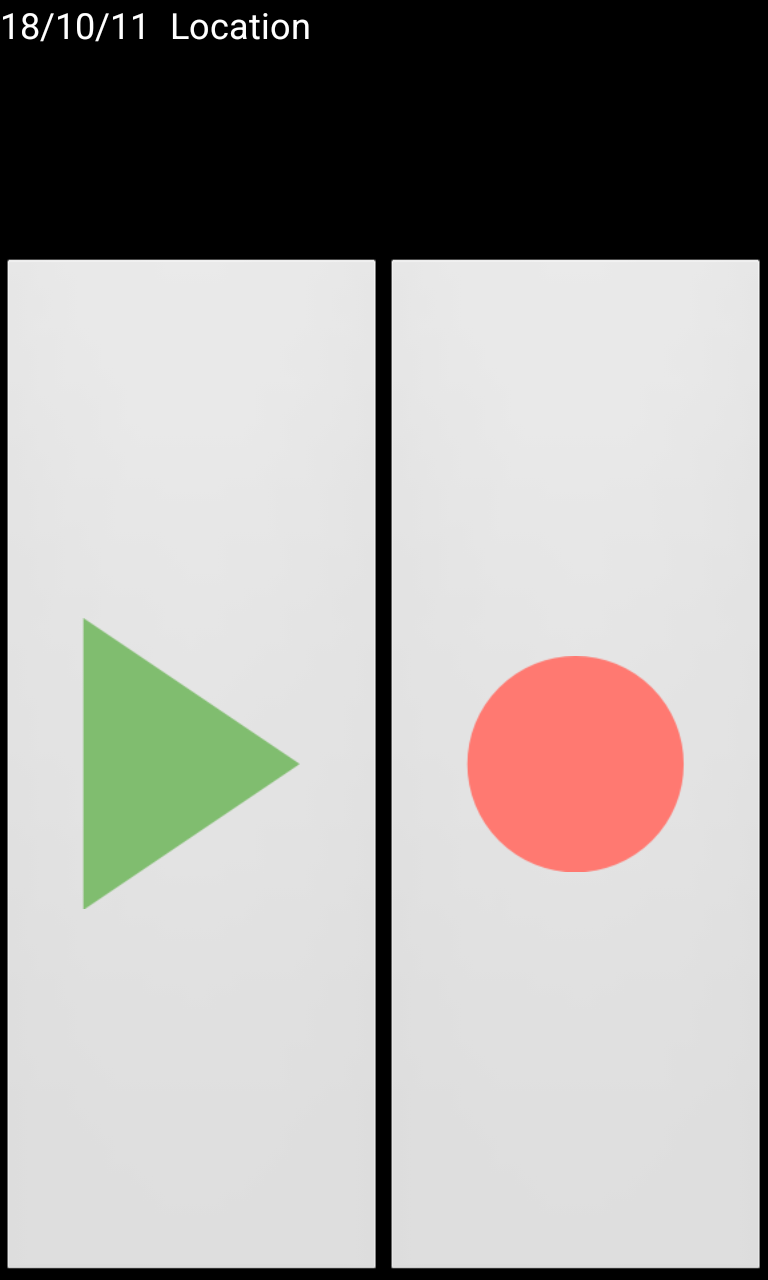
Repository: aikuma/aikuma
Layout: BOLDApp/res/layout/listen.xml
These files come from the project's save history. The layout is drawn as it stood at one moment and after the next save; the edit follows.
It is drawn on a 768 x 1280 px phone screen (xhdpi) without system bars, with theme android:Theme; the app's code is not run.

Above is the layout before, as saved 2011-07-29 01:50:34.

After the next save:
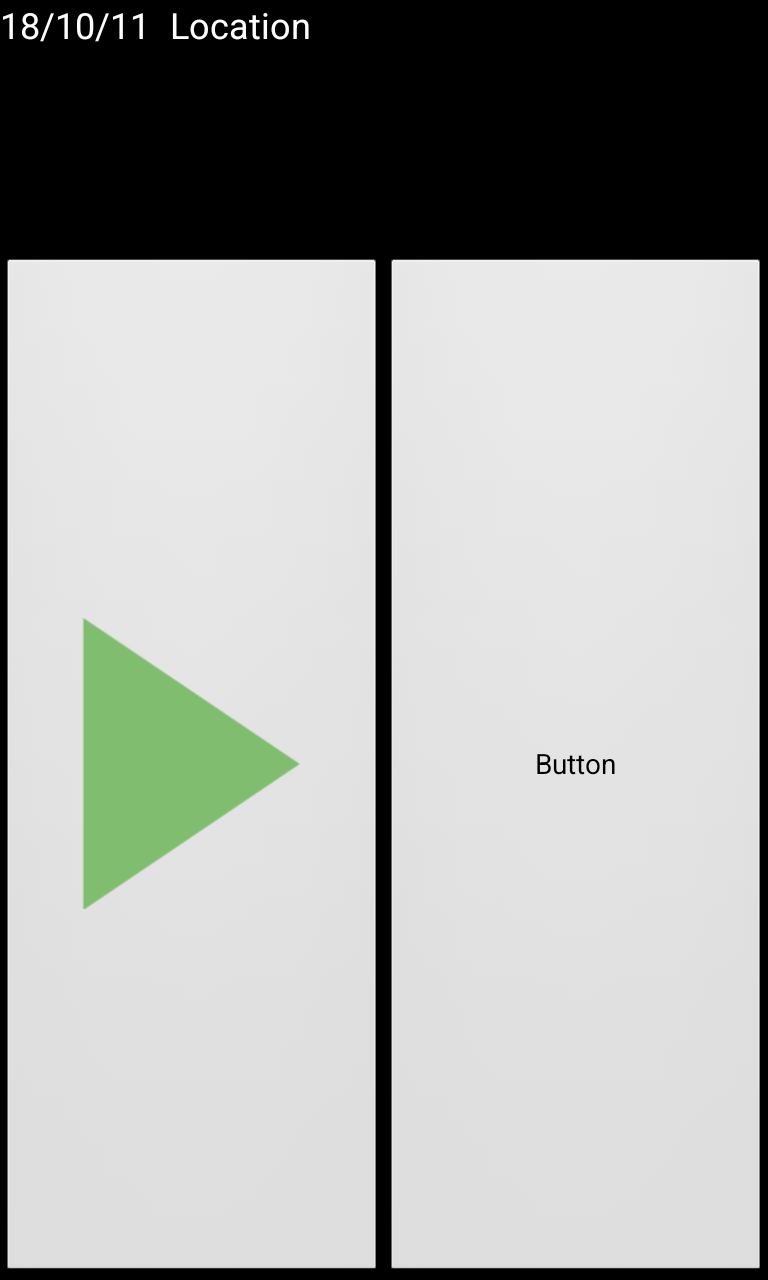
Saved 55 s later.
--- a/BOLDApp/res/layout/listen.xml
+++ b/BOLDApp/res/layout/listen.xml
@@ -10,6 +10,6 @@
     <LinearLayout android:layout_height="wrap_content" android:layout_width="match_parent" android:id="@+id/linearLayout2" android:layout_weight="0.3"></LinearLayout>
     <LinearLayout android:layout_height="wrap_content" android:layout_width="match_parent" android:id="@+id/linearLayout3" android:layout_weight="1">
         <ImageButton android:layout_weight="1" android:layout_height="match_parent" android:layout_width="match_parent" android:layout_gravity="right" android:id="@+id/playButton" android:src="@drawable/button_play"></ImageButton>
-        <ImageButton android:layout_width="match_parent" android:layout_height="match_parent" android:layout_weight="1" android:id="@+id/recordButton" android:src="@drawable/button_record" android:scaleType="center"></ImageButton>
+        <Button android:text="Button" android:layout_width="match_parent" android:layout_height="match_parent" android:layout_weight="1" android:id="@+id/recordButton" ></Button>
     </LinearLayout>
 </LinearLayout>
